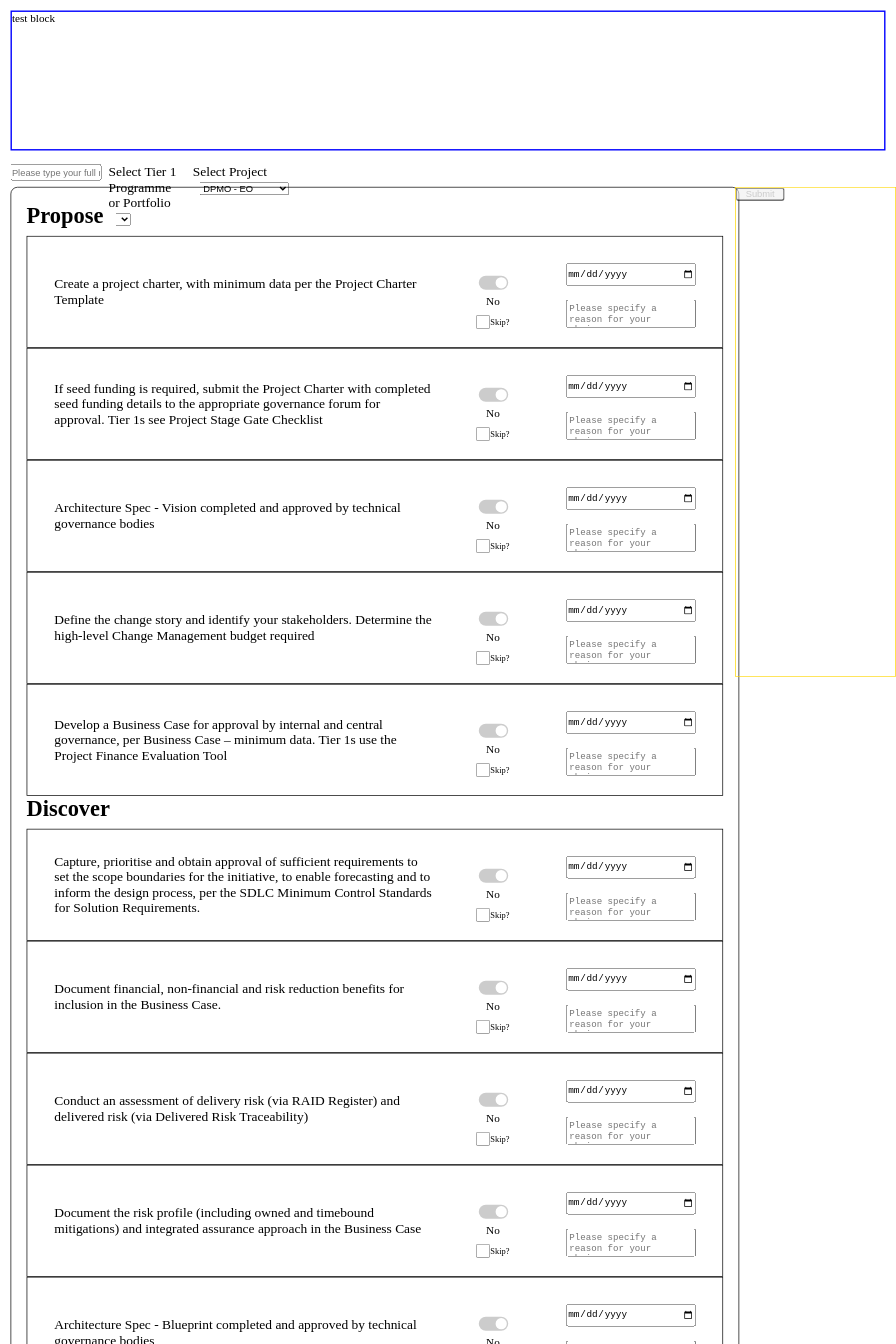
Repository: I-Alpha/JQuery-Html-form
Page: Project-form.html
The author's editor kept a copy of each file at every save. The page is drawn from the files as they stood at one save, then again after a run of saves.
The browser window is 1280 px wide. The pictures show the part of the page from y = 0 to 1920 px (the page is 8699 px tall before and 8679 px after), at 70% of full size.

Above is the page before, as saved 2020-10-27 00:57:16.

### Project-form.html
<!DOCTYPE html>
<html lang="en">

<head>
    <meta charset="UTF-8">
    <meta name="viewport" content="width=device-width, initial-scale=1.0">
    <link rel="preload" type="fetch" id="Excelfile" name="Excelfile" value="QuestionData.xlsx" />
    <script src="https://ajax.googleapis.com/ajax/libs/jquery/3.5.1/jquery.min.js"></script>
    <script src="https://cdnjs.cloudflare.com/ajax/libs/xlsx/0.14.5/xlsx.full.min.js"></script>
    <script src="https://cdnjs.cloudflare.com/ajax/libs/babel-polyfill/6.26.0/polyfill.js"></script>
    <script src="https://cdnjs.cloudflare.com/ajax/libs/xlsx/0.8.0/jszip.js"></script>
    <script src="https://cdnjs.cloudflare.com/ajax/libs/xlsx/0.8.0/xlsx.js"></script>
    <script src="main.js"></script>
    <link rel="stylesheet" href="main.css" />
    </style>
    <title>Document</title>
</head>

<body style=" display:flex; flex-direction: column; padding: 15px">
    <div id="testblock" name="testblock" style="border:2px solid blue; width: 100%; min-height:200px">test block</div>


    <div id="mainwrapper" style="justify-content: center;">
        <div id="preBar" class="container">
            <div id="formControl" class="container">    <input type= "text" id= "fullname" class= "required" placeholder="Please type your full name"></input>
                <label for="selectPorfolio">Select Tier 1 Programme or Portfolio
                    <select name="selectPorfolio" id="selectPorfolio" style=" margin :0 0 0 10px; max-width:8rem;"
                        placeholder="Select Portfolio"></select></label>
                <label for="selectProject">Select Project
                    <select name="selectProject" id="selectProject" style=" margin :0 0 0 10px; max-width:8rem; "
                        placeholder="Select Portfolio"></select></label>
            </div>

        </div>
        <div id="formContainer" class="container">
            <div id="wrapper">
                <form id="form1">

                    <table class="hidden">
                        <tr>
                            <td colspan=4 class="questCol">
                                <label class="questionLabel" for="mainCheck"></label>
                            </td>
                            <td colspan=1 class="inputCol">
                                <span class="inputContainer">
                                    <span class="mainCheckContainer" style=" display:flex; flex-direction: column;">
                                        <label class="switch">
                                            <input class="mainCheck" type="checkbox" checked>
                                            <span class="slider  round"></span>
                                        </label>
                                        <p for="mainCheck" class="mainChoice" data-val="Yes">No</p>
                                    </span>
                                    <span class="skipContainer" style="left : 6px; display:flex; ">
                                        <input class="skipCheck" type="checkbox">
                                        <p class="skipChoice">Skip?</p>
                                    </span>

                                </span>
                            </td>
                            <td colspan=2 class="altCol">
                                <input type="date" min="getDate()">
                                <textarea type="text"
                                    placeholder="Please specify a reason for your choice...."></textarea>
                            </td>
                        </tr>
                    </table>

                </form>
            </div><div></div>
            <div id= "progressBar"  style ="border : 1px solid gold ; width :230px; right: 0;  position: fixed; height: 700px">
            <button style="order:1; margin:0;" class = "disabled"id="submitbtn" type="submit" form="form1" value="Submit">Submit</button>
        </div>
        </div>

    </div>

</body>

</html>

### main.css

    * {
        box-sizing: border-box;
        margin: 0;
        padding: 0;
        color: black;

    }

    html {
        width: 100%;
        height: 100%;

    }


    label{
        font-size:.9rem;
       }

    body {
        width: 100%;
        height: 100%;
        display: flex;
        position: relative;
        flex-direction: column;
    }

    .hidden{
    display:none;
    visibility: none;
    opacity: 0;
   position:absolute;
    }
    .center {

        text-align: center;
    }

    .container {
        display: flex;
        position: relative;
    }


    h1 {
        margin-bottom: 10px;
    }

    #wrapper {
        border: solid 1px black;
        border-radius: 10px;
        padding: 20px;
        margin-bottom: 10px;

    }

    #mainwrapper{
        max-width: 98%;
    }
    p {
        color: black;
        font-size: 1rem;
        height: auto;
        width: auto;
    }

 .disabled{
     opacity: 60%;
     color:darkgray;
     pointer-events: none;
 }
  form{
      width:100%;
      height : auto;
  }

    .skipContainer {
        position: relative;
        align-items: center;
        left: 0;
        display: flex;
        margin-top: 10px;
    }

    .skipCheck {
        width: 20px;
        height: 20px;

    }

    .skipChoice {font-size: 12px;}


    .skipChoice,
    .skipCheck {
        position: relative;
        left: -10px;
    }

    /* slider */
    .switch {
        position: relative;
        display: inline-block;
        width: 42px;
        height: 20px;
    }

    .switch input {
        opacity: 0;
        width: 0;
        height: 0;
    }

    .slider {
        position: absolute;
        cursor: pointer;
        top: 0;
        left: 0;
        right: 0;
        bottom: 0;
        background-color: #ccc;
        -webkit-transition: .4s;
        transition: .4s;
    }

    .slider:before {
        position: absolute;
        content: "";
        height: 16px;
        width: 16px;
        right:2px;
        bottom: 2px;
        background-color: white;
        -webkit-transition: .4s;
        transition: .4s;
    }

    .mainCheck:checked+.slider {
        background-color: #2196F3;
    }

    .mainCheck:focus+.slider {
        box-shadow: 0 0 1px #2196F3;
    }

    .mainCheck:checked+.slider:before {
        -webkit-transform: translateX(-23px);
        -ms-transform: translateX(-23px);
        transform: translateX(-23px);
    }

    /* Rounded sliders */
    .slider.round {
        border-radius: 34px;
    }

    .slider.round:before {
        border-radius: 50%;
    }

    /*end of slider section*/

    button {
        margin: 10px;
        width: 70px;
        border-radius: 4px;
    }

    td {
         display: flex;
         flex-direction: column;
    }
    td > *{
         padding : 5px 0;
    }


    tr{
        height:10rem;   border: 1px solid black;
        border-collapse: collapse;
}

tr::after{
    border: 1px solid green;
    height:1px;
    content: :" ";
    width: 100%;
    position: relative;
    display: block;
}

td.inputContainer {
    display: inline-block;
    height:100%;
}

td.inputCol{
    display:flex;
    position: relative;
    text-align: center;
    align-items:center;
    min-height:100%;

}

  .questCol textarea{

   padding:  2px  3px;
   display: block;
   position: relative;
   min-width: 95%;
}



/* iPads (portrait and landscape) ----------- */
@media only screen
and (min-device-width : 768px)
and (max-device-width : 1024px) {
/* Styles */
}

/* iPads (landscape) ----------- */
@media only screen
and (min-device-width : 768px)
and (max-device-width : 1024px)
and (orientation : landscape) {
/* Styles */
}

/* iPads (portrait) ----------- */
@media only screen
and (min-device-width : 768px)
and (max-device-width : 1024px)
and (orientation : portrait) {
/* Styles */
}

/* Desktops and laptops ----------- */
@media only screen
and (min-width : 1224px) {
/* Styles */

 label {
     font-size: 1.2rem;
 }

#wrapper{
     min-width: 85%;
     height:auto;
    }

    .inputContainer{

        position: relative;
        top:15px;
     }

    td.inputCol{
        position: absolute;
        vertical-align: middle;


    }

    td {
        position: relative;
        justify-content: center;
        padding:10px 15px;}

    .questCol{
        position: relative;
        padding-right: 5px;
        max-width:35rem;
    }

    td.altCol{
        position: relative;
        height: 100%;
    }
     textarea{
        resize: none;
        display: block;
        font-size: 13px;
        text-align: start;
        align-content: flex-start;
         width:100%;
         top:10px;
         position: relative;
         margin-top:10px;
         padding: 4px 4px;
         align-items: flex-start;
    }

     td.altCol input {
         width:100%;
     }

    tr{
        display: flex;
        flex-direction: row;
        border: 1px solid black;
        border-collapse: collapse;
        justify-content: space-around;

    }


  #preBar{
   display: grid;
    flex-direction: row;
   grid-template-columns: 1fr 2fr  ;

   margin : 10px 0;
  }


  #preBar div{
 display: flex;
 height:2rem;

  }

  #radioBtnBox label{
    margin: 0 20px;
  }

  #radioBtnBox label input{
    margin: 0 10px;
  }
  #radioBtnBox{
    margin-left:90px;
    border:1px solid black;
    padding: 10px 0;
}

#formControl select{

    margin: 0px 10px 0  0;
}
#formControl label{
   margin:10px;
    align-items:center;

}

 #fullname{
     position: relative;
     max-height:1.5rem;
     bottom:-9.2px;
     width: 100%;

    }

#form1 {


    position: relative;
display: flex;
flex-direction: column;
}

table{
    width:100%;
}


.mainChoice {
    display: flex;
    margin-top: 8px;
    left:10px;
    position: relative;
}

#formContainer{


}

td.inputContainer {
    display: inline-block;
    height:100%;
}

td.inputCol{
    display:flex;
    position: relative;
    vertical-align: middle;
    text-align: center;
    align-items:center;
    min-height:100%;

}
}

/* Large screens ----------- */
@media only screen
and (min-width : 1824px) {
/* Styles */
}

/* iPhone 4 ----------- */
@media
only screen and (-webkit-min-device-pixel-ratio : 1.5),
only screen and (min-device-pixel-ratio : 1.5) {
/* Styles */
}

Loaded but not shown: main.js (514 lines, source omitted)

After the next 4 saves:
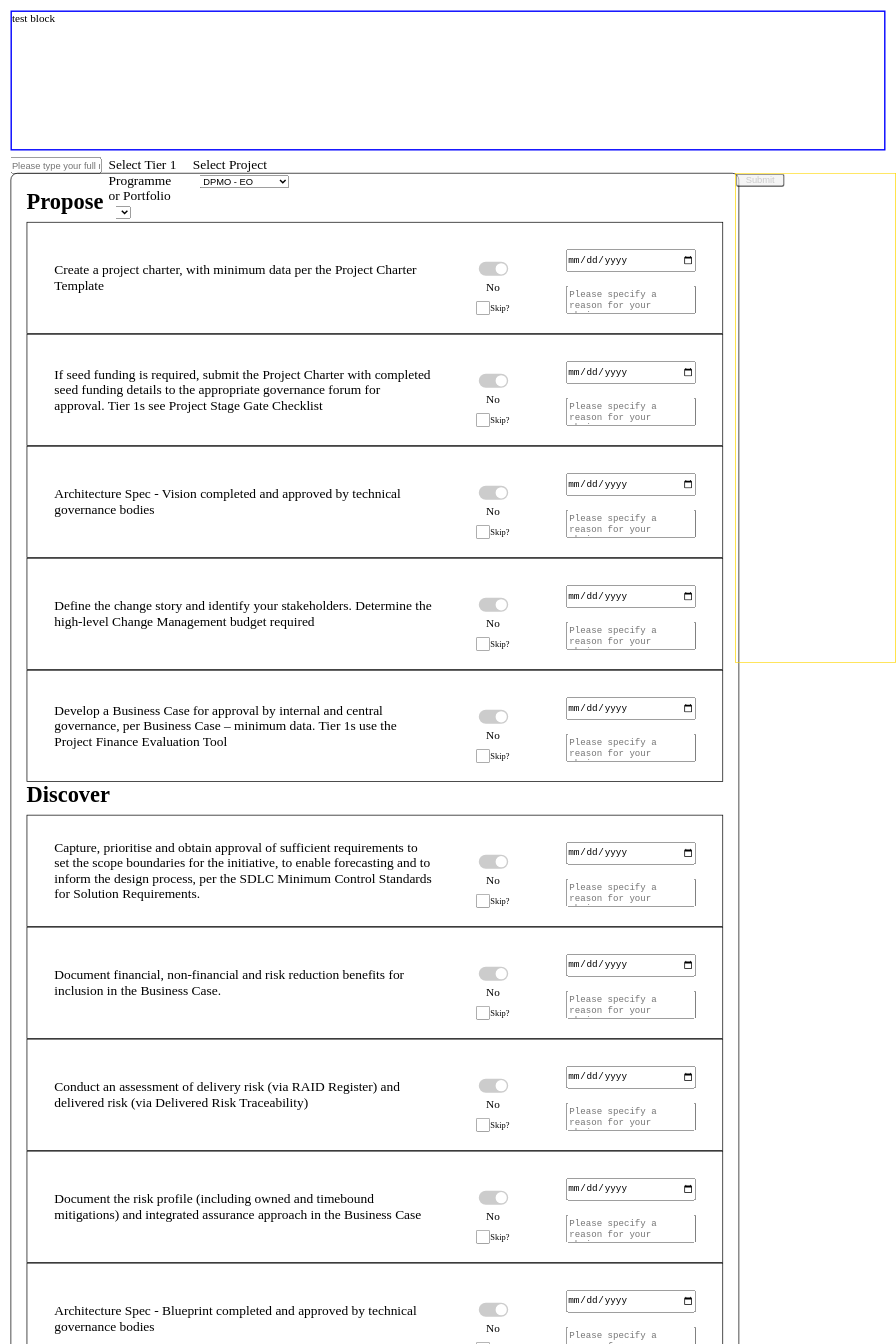
The 4 saves are shown as one change because they came seconds apart.
The last was saved 9 s later.
--- a/main.css
+++ b/main.css
@@ -309,9 +309,9 @@
 
   #preBar{
    display: grid;
-    flex-direction: row;
+   flex-direction: row;
    grid-template-columns: 1fr 2fr  ;
-
+  grid
    margin : 10px 0;
   }
 

After the save that followed:
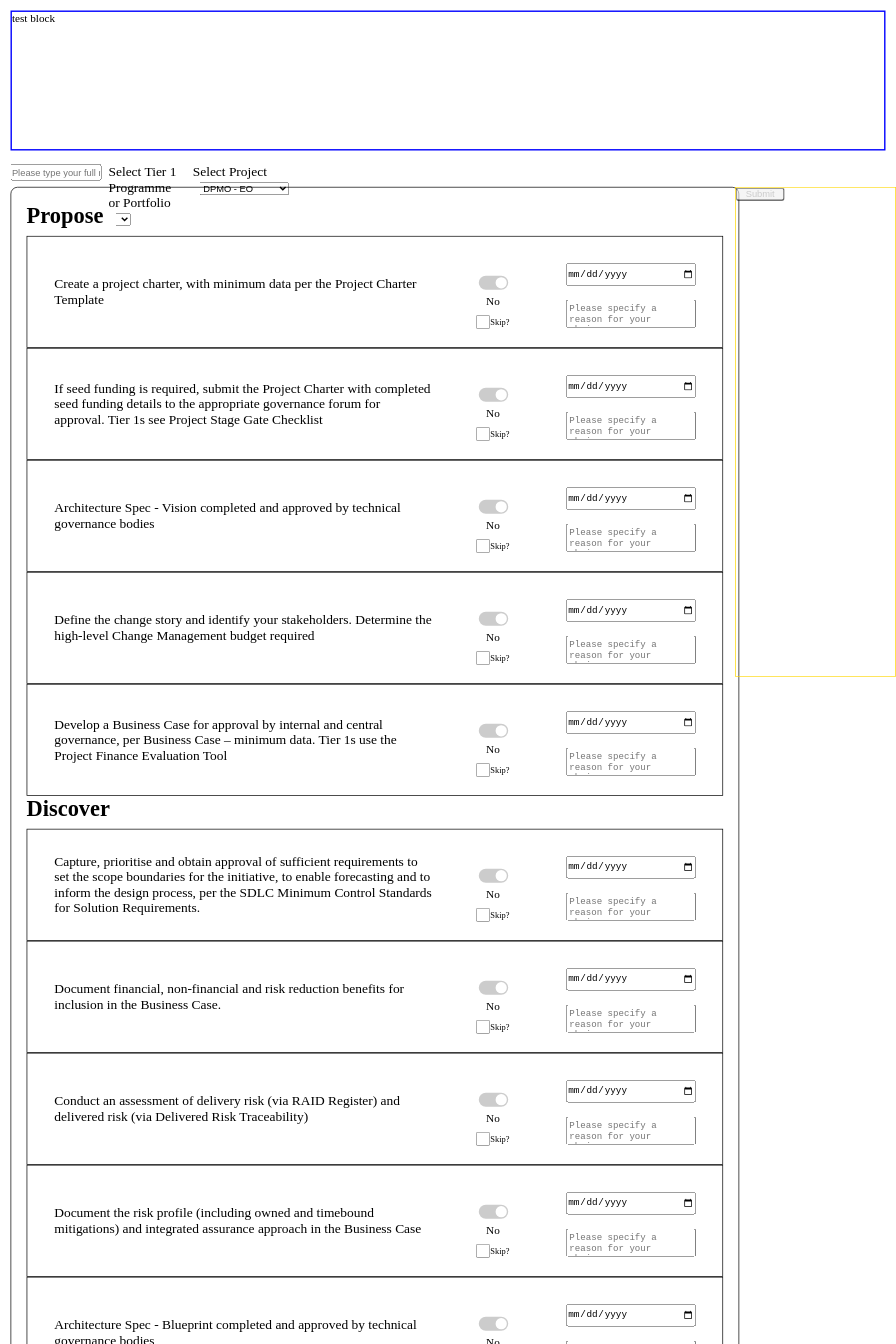
Saved 5 s later.
--- a/main.css
+++ b/main.css
@@ -311,7 +311,7 @@
    display: grid;
    flex-direction: row;
    grid-template-columns: 1fr 2fr  ;
-  grid
+  grid-row: ;
    margin : 10px 0;
   }
 
